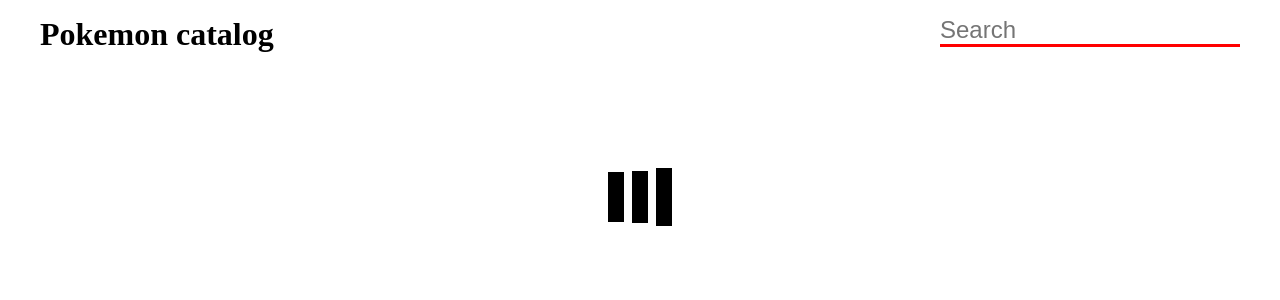
Repository: Ryszard-Penkala/pokemon-API
Page: index.html
An editor plug-in stored every save of this project. The page is shown before and after the next save, followed by the edit.
The browser window is 1280 px wide. The pictures show the whole page.
The page's requests for data from a server got no answer.

Above is the page before, as saved 2020-06-28 18:07:44.

### index.html
<!DOCTYPE html>
<html lang="en">
<head>
    <meta charset="UTF-8">
    <meta name="viewport" content="width=device-width, initial-scale=1.0">
    <link href="https://fonts.googleapis.com/css2?family=Lato:wght@400;700&amp;display=swap" rel="stylesheet">
    <link rel="stylesheet" href="assets/styles/styles.css">
    <title>Pokemon API</title>
</head>
<body>
    <main class="pokemon-app">
        <header class="header-main pokemon-app__header">
            <div class="header-main__catalog">
                <h1 class="header-main__heading">Pokemon catalog</h1>
            </div>
            <div class="header-main__search-bar">
                <input class="header-main__searching header-main__searching--active" type="text" name="search" id="search" placeholder="Search" autocomplete="off">
                <label for="search" class="header-main__search-label">Search</label>
            </div>
        </header>
        <section class="section-main pokemon-app__section" data-content>

        </section>
        <footer class="footer-main pokemon-app__footer">
            <div class="footer-main__load-bar">
                <button class="footer-main__load-button" data-load-button>Load more</button>
                <div class="footer-main__loader hidden" data-loader><div></div><div></div><div></div></div>
            </div>

        </footer>
    </main>


    <script src="assets/js/script.js"></script>
    <script>
        const Catalog = new pokemonAPICatalog();
        Catalog.init();
    </script>
</body>
</html>

### assets/styles/styles.css
*, *::before, *::after{
    margin: 0;
    padding: 0;
    box-sizing: border-box;
}
.body{
    display: flex;
    font-family: "Lato", sans-serif;
}

.pokemon-app{
    max-width: 1200px;
    margin: 0 auto;
}

.header-main{
    display: flex;
    justify-content: space-between;
    padding: 1rem 0;
}

.header-mian__catalog{
    display: inline-block;
}

.header-main__search-bar{
    display: flex;
    flex-direction: column;
}

.header-main__searching{
  border: none;
  width: 300px;
  font-size: 24px;
  border-bottom: 3px solid red;
}

.header-main__searching:focus{
  outline: none;
  border-bottom: 3px solid yellow;
}

.header-main__search-label{
  display: none;
}

.section-main{
    display: grid;
    grid-gap: 25px;
    grid-template-columns: repeat(auto-fit, minmax(250px, 1fr));
}
.section-main__card{
    width: 250px;
    margin: 0 auto;
}
.card__header{
    display: flex;
    justify-content: space-between;
    line-height: 24px;
}

.card__name{
    font-size: 24px;
}

.card__image{
    width: 250px;
}

.card--bold{
    font-weight: 700;
}

.footer-main__load-button{
  display: block;
  margin: 5rem auto;
  height: 5rem;
  width: 20rem;
  font-size: 24px;
  border: 5px solid;
  cursor: pointer;
}

.footer-main__load-button:hover{
  color: white;
  background-color: black;
  border: 5px solid black;
}

.footer-main__loader {
    display: block;
    position: relative;
    width: 80px;
    height: 5rem;
    margin: 5rem auto;
  }
  .footer-main__loader div {
    display: inline-block;
    position: absolute;
    left: 8px;
    width: 16px;
    background: #000;
    animation: footer-main__loader 1.2s cubic-bezier(0, 0.5, 0.5, 1) infinite;
  }
  .footer-main__loader div:nth-child(1) {
    left: 8px;
    animation-delay: -0.24s;
  }
  .footer-main__loader div:nth-child(2) {
    left: 32px;
    animation-delay: -0.12s;
  }
  .footer-main__loader div:nth-child(3) {
    left: 56px;
    animation-delay: 0;
  }
  @keyframes footer-main__loader {
    0% {
      top: 8px;
      height: 5rem;
    }
    50%, 100% {
      top: 24px;
      height: 3rem;
    }
  }

.hidden{
    display: none;
    background-color: green;
  }

### assets/js/script.js
class pokemonAPICatalog {
    constructor() {
        this.catalog = null;
        this.cards = [];
        this.page = 1;

        this.API = "https://api.pokemontcg.io";
        this.API_VERSION= "v1";
        this.API_RESOURCE = "cards?pageSize=4&page=2";
        this.API_PAGE_SIZE = "pageSize=4"
        this.API_PAGE = "page="

        this.API_ENDPOINT = `${this.API}/${this.API_VERSION}/${this.API_RESOURCE}?${this.API_PAGE_SIZE}&${this.API_PAGE}${this.page}`;

        this.UiSelectors = {
            content : `[data-content]`,
            loadButton : `[data-load-button]`,
            loader : `[data-loader]`
        }
    }
    init(){
        this.catalog = document.querySelector(this.UiSelectors.content);
        this.loadButton = document.querySelector(this.UiSelectors.loadButton);
        this.loader = document.querySelector(this.UiSelectors.loader);
        this.pullCards(this.API_ENDPOINT);
        this.loadButton.addEventListener("click",()=>{
            this.updateAPI_ENDPOINT();
            this.pullCards(this.API_ENDPOINT);
        })
    }

    updateAPI_ENDPOINT(){
        this.page ++;
        this.API_ENDPOINT = `${this.API}/${this.API_VERSION}/${this.API_RESOURCE}?${this.API_PAGE_SIZE}&${this.API_PAGE}${this.page}`;
    }

    updateClassList(){
        this.loadButton.classList.toggle('hidden');
        this.loader.classList.toggle('hidden');
    }

    async pullCards(url){
        this.updateClassList();
        const { cards } = await this.fetchData(url)
        this.cards = [...cards];
        this.addCards(this.cards);
        this.updateClassList();
    }


    async fetchData(url){
        const response = await fetch(url);
        const parsedResponse = await response.json();

        return parsedResponse;
    }

    addCards(cards){
        this.cards.map(card => {
            this.catalog.insertAdjacentHTML("beforeend", this.drawCard(card))
        });
    }

    drawCard(card){
        return(
            `<span class="section-main__card">
                <header class="card__header">
                    <span class="card__name card--bold">${card.name}</span>
                    <span class="card__id">Nr: ${card.number}</span>
                </header>
                <img src=${card.imageUrl} class="card__image">
                <footer class="card_footer">
                    <div class="card__supertype">
                        <span class="card__supertype card--bold">Supertype : </span>
                        ${card.supertype}
                    </div>
                    <div class="card__subtype">
                        <span class="card__subtype card--bold">Subtype : </span>
                        ${card.subtype}
                    </div>
                    <div class="card__rarity">
                        <span class="card__rarity card--bold">Rarity : </span>
                        ${card.rarity}
                    </div>
                </footer>
            </span>`
        )
    }
}

After the next save:
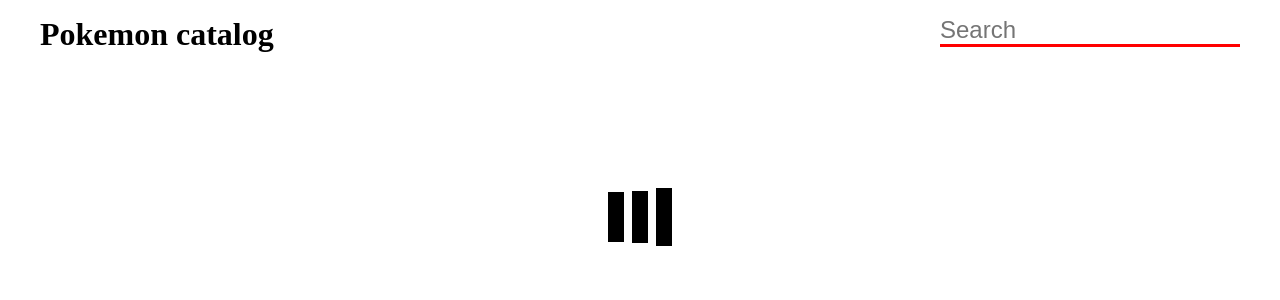
Saved 69 s later.
--- a/assets/styles/styles.css
+++ b/assets/styles/styles.css
@@ -11,6 +11,10 @@
 .pokemon-app{
     max-width: 1200px;
     margin: 0 auto;
+}
+
+.pokemon-app__section{
+  padding-top: 20px;
 }
 
 .header-main{
